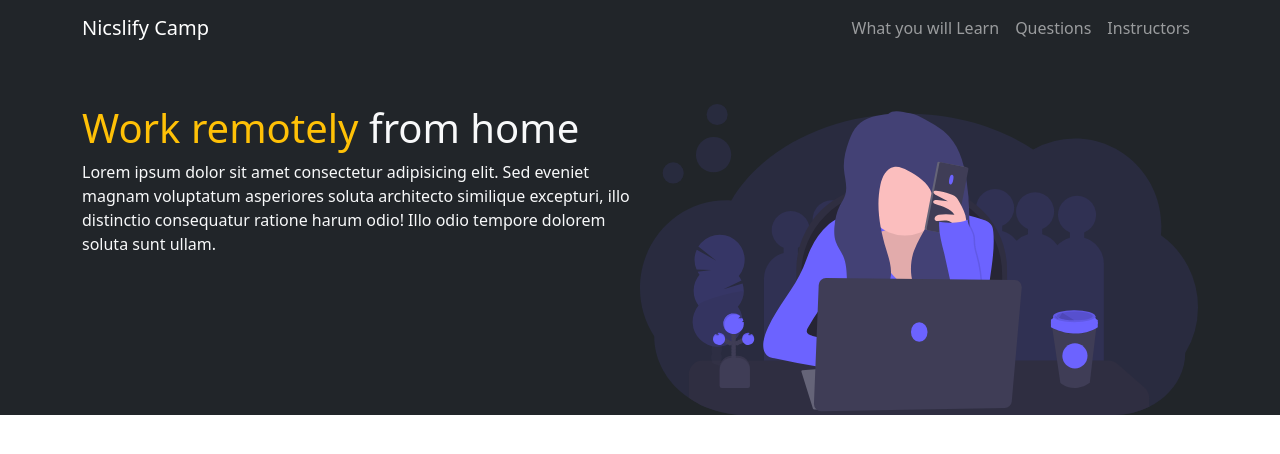
Repository: Eugene44-hub/enrollment-site
Page: index.html
The author's editor kept a copy of each file at every save. The page is drawn from the files as they stood at one save, then again after a run of saves.
The browser window is 1280 px wide. The pictures show the whole page.

Above is the page before, as saved 2021-10-19 16:38:27.

### index.html
<!DOCTYPE html>
<html lang="en">

<head>
    <meta charset="UTF-8">
    <meta http-equiv="X-UA-Compatible" content="IE=edge">
    <meta name="viewport" content="width=device-width, initial-scale=1.0">
    <!-- CSS only -->
    <link href="https://cdn.jsdelivr.net/npm/bootstrap@5.1.3/dist/css/bootstrap.min.css" rel="stylesheet" integrity="sha384-1BmE4kWBq78iYhFldvKuhfTAU6auU8tT94WrHftjDbrCEXSU1oBoqyl2QvZ6jIW3" crossorigin="anonymous">
    <link rel="stylesheet" href="style.css">
    <title>Bootstrap webpage</title>
</head>

<body>
    <!-- nav bar starts -->
    <nav class="navbar navbar-expand-md bg-dark navbar-dark">
        <div class="container">
            <a href="" class="navbar-brand">Nicslify Camp</a>

            <button class="navbar-toggler" type="button" data-bs-toggle='collapse' data-bs-target="#navmenu">
              <span class="navbar-toggler-icon"></span>
            </button>

            <div class="collapse navbar-collapse" id="navmenu">
                <ul class="navbar-nav ms-auto text-sm-center">
                    <li class="nav-item">
                        <a href="#" class="nav-link">What you will Learn</a>
                    </li>
                    <li class="nav-item">
                        <a href="#" class="nav-link">Questions</a>
                    </li>
                    <li class="nav-item">
                        <a href="#" class="nav-link">Instructors</a>
                    </li>
                </ul>
            </div>
        </div>
    </nav>
    <!-- nav bar ends -->


    <!-- showCase starts -->
    <section class="bg-dark text-light text-center text-sm-start">
        <div class="container">
            <div class="d-md-flex pt-5">
                <div>
                    <div class="h1"><span class="text-warning">Work remotely</span> from home</div>
                    <p class="">Lorem ipsum dolor sit amet consectetur adipisicing elit. Sed eveniet magnam voluptatum asperiores soluta architecto similique excepturi, illo distinctio consequatur ratione harum odio! Illo odio tempore dolorem soluta sunt ullam.</p>
                </div>
                <img src="undraw_working_remotely_jh40.svg" class="image-fluid w-50 d-none d-sm-block" alt="">
            </div>
        </div>
    </section>


</body>
<!-- JavaScript Bundle with Popper -->
<script src="https://cdn.jsdelivr.net/npm/bootstrap@5.1.3/dist/js/bootstrap.bundle.min.js" integrity="sha384-ka7Sk0Gln4gmtz2MlQnikT1wXgYsOg+OMhuP+IlRH9sENBO0LRn5q+8nbTov4+1p" crossorigin="anonymous"></script>

</html>

Loaded but not shown: style.css (common file)

After the next 5 saves:
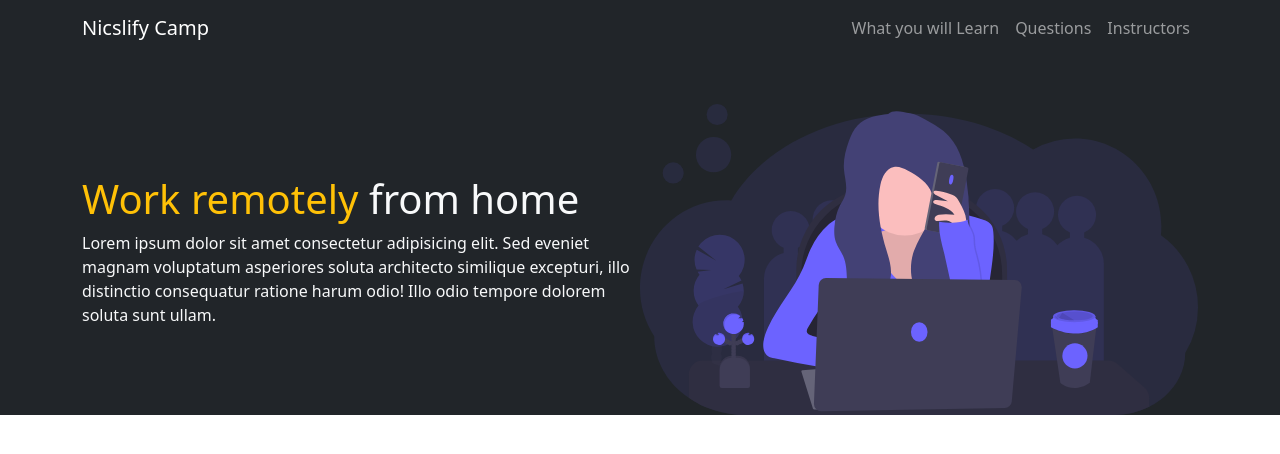
The 5 saves are shown as one change because they came seconds apart.
The last was saved 116 s later.
--- a/index.html
+++ b/index.html
@@ -42,7 +42,7 @@
     <!-- showCase starts -->
     <section class="bg-dark text-light text-center text-sm-start">
         <div class="container">
-            <div class="d-md-flex pt-5">
+            <div class="d-md-flex pt-5 align-items-center">
                 <div>
                     <div class="h1"><span class="text-warning">Work remotely</span> from home</div>
                     <p class="">Lorem ipsum dolor sit amet consectetur adipisicing elit. Sed eveniet magnam voluptatum asperiores soluta architecto similique excepturi, illo distinctio consequatur ratione harum odio! Illo odio tempore dolorem soluta sunt ullam.</p>
